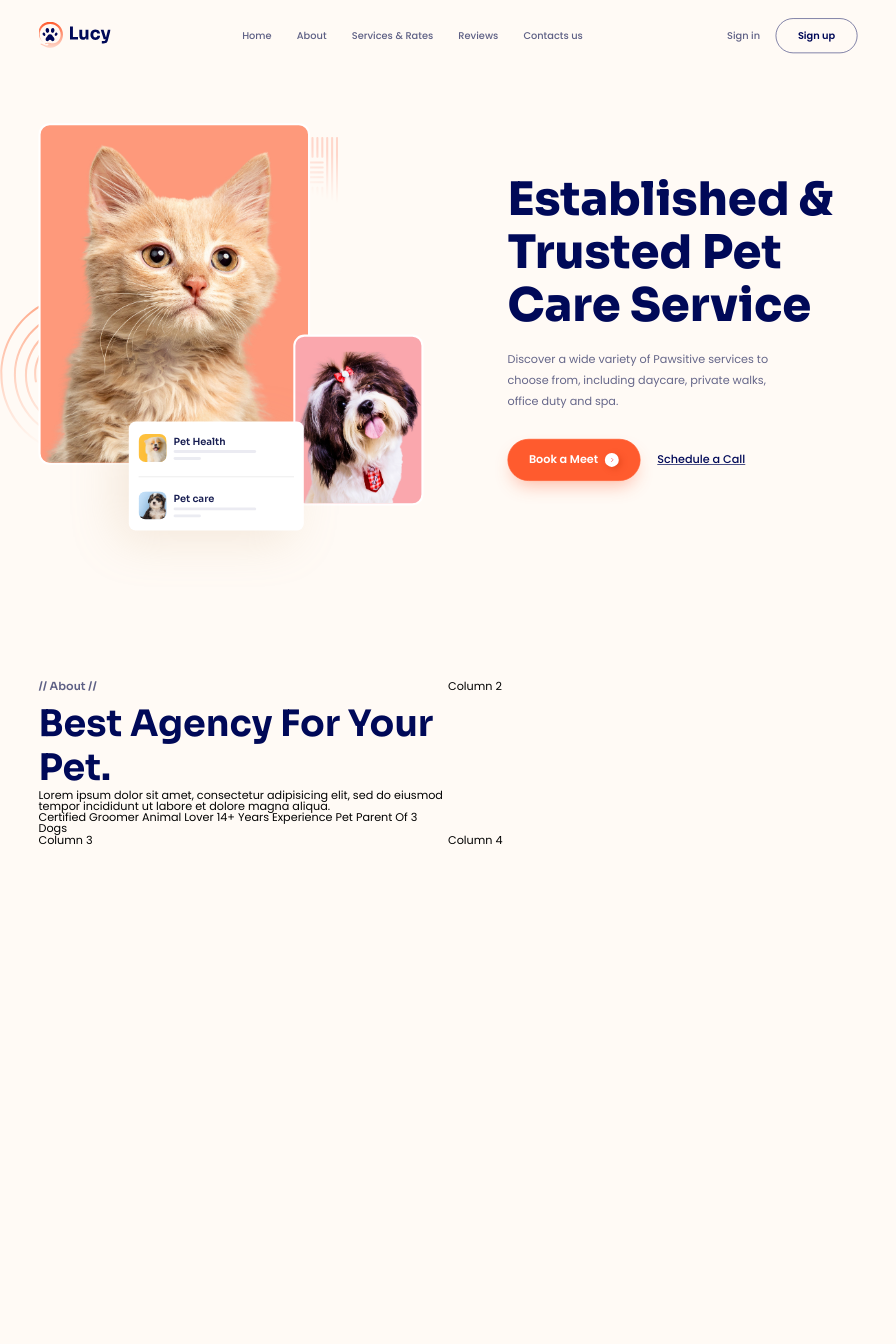
Repository: empty24062002/f8-project-05
Page: index.html
These files come from the project's save history. The page is drawn as it stood at one moment and after the next save; the edit follows.
The browser window is 1280 px wide. The pictures show the part of the page from y = 0 to 1920 px (the page is 10965 px tall), at 70% of full size.

Above is the page before, as saved 2023-09-11 09:36:35.

### index.html
<!DOCTYPE html>
<html lang="en">
    <head>
        <meta charset="UTF-8" />
        <meta name="viewport" content="width=device-width, initial-scale=1.0" />
        <title>Lucy</title>
        <!-- favicon -->
        <link
            rel="apple-touch-icon"
            sizes="57x57"
            href="./assets/favicon/apple-icon-57x57.png"
        />
        <link
            rel="apple-touch-icon"
            sizes="60x60"
            href="./assets/favicon/apple-icon-60x60.png"
        />
        <link
            rel="apple-touch-icon"
            sizes="72x72"
            href="./assets/favicon/apple-icon-72x72.png"
        />
        <link
            rel="apple-touch-icon"
            sizes="76x76"
            href="./assets/favicon/apple-icon-76x76.png"
        />
        <link
            rel="apple-touch-icon"
            sizes="114x114"
            href="./assets/favicon/apple-icon-114x114.png"
        />
        <link
            rel="apple-touch-icon"
            sizes="120x120"
            href="./assets/favicon/apple-icon-120x120.png"
        />
        <link
            rel="apple-touch-icon"
            sizes="144x144"
            href="./assets/favicon/apple-icon-144x144.png"
        />
        <link
            rel="apple-touch-icon"
            sizes="152x152"
            href="./assets/favicon/apple-icon-152x152.png"
        />
        <link
            rel="apple-touch-icon"
            sizes="180x180"
            href="./assets/favicon/apple-icon-180x180.png"
        />
        <link
            rel="icon"
            type="image/png"
            sizes="192x192"
            href="./assets/favicon/android-icon-192x192.png"
        />
        <link
            rel="icon"
            type="image/png"
            sizes="32x32"
            href="./assets/favicon/favicon-32x32.png"
        />
        <link
            rel="icon"
            type="image/png"
            sizes="96x96"
            href="./assets/favicon/favicon-96x96.png"
        />
        <link
            rel="icon"
            type="image/png"
            sizes="16x16"
            href="./assets/favicon/favicon-16x16.png"
        />
        <link rel="manifest" href="./assets/favicon/manifest.json" />
        <meta name="msapplication-TileColor" content="#ffffff" />
        <meta
            name="msapplication-TileImage"
            content="./assets/favicon/ms-icon-144x144.png"
        />
        <meta name="theme-color" content="#ffffff" />
        <!-- reset CSS -->
        <link rel="stylesheet" href="./assets/css/reset.css" />
        <!-- embed font -->
        <link rel="preconnect" href="https://fonts.googleapis.com" />
        <link rel="preconnect" href="https://fonts.gstatic.com" crossorigin />
        <link
            href="https://fonts.googleapis.com/css2?family=Poppins:wght@300;400;500;600&family=Sora:wght@600;700;800&display=swap"
            rel="stylesheet"
        />
        <!-- style css -->
        <link rel="stylesheet" href="./assets/css/styles.css" />
    </head>
    <body>
        <!-- header -->
        <header class="header">
            <div class="container">
                <div class="header__inner">
                    <!-- logo -->
                    <a href="#!">
                        <img
                            src="./assets/img/logo.svg"
                            alt="Lucy"
                            class="header__logo"
                        />
                    </a>
                    <!-- navbar -->
                    <nav class="navbar">
                        <ul class="navbar__list">
                            <li class="navbar__item">
                                <a href="#!" class="navbar__link"> Home </a>
                            </li>
                            <li class="navbar__item">
                                <a href="#!" class="navbar__link"> About </a>
                            </li>
                            <li class="navbar__item">
                                <a href="#!" class="navbar__link"
                                    >Services & Rates
                                </a>
                            </li>
                            <li class="navbar__item">
                                <a href="#!" class="navbar__link"> Reviews </a>
                            </li>
                            <li class="navbar__item">
                                <a href="#!" class="navbar__link">
                                    Contacts us
                                </a>
                            </li>
                        </ul>
                    </nav>
                    <!-- header action -->
                    <div class="header-action">
                        <a href="#!" class="header-action__link">Sign in</a>
                        <a href="#!" class="btn header-action__btn">Sign up</a>
                    </div>
                </div>
            </div>
        </header>
        <!-- hero -->
        <section class="hero">
            <div class="container">
                <div class="hero__inner">
                    <!-- hero media -->
                    <div class="hero__media">
                        <div class="hero__img-wrap">
                            <img
                                src="./assets/img/hero__img1.png"
                                alt=""
                                class="hero__img"
                            />

                            <!-- Decorators -->
                            <img
                                src="./assets/img/decor__01.svg"
                                alt=""
                                class="hero__decor hero__decor-left"
                            />
                            <img
                                src="./assets/img/decor__02.svg"
                                alt=""
                                class="hero__decor hero__decor-right"
                            />
                        </div>
                        <div class="hero__img-wrap hero__img-wrap-small">
                            <img
                                src="./assets/img/hero__img2.png"
                                alt=""
                                class="hero__img"
                            />
                        </div>

                        <div class="hero__list">
                            <!-- hero list item 1 -->
                            <section class="hero-list-item">
                                <img
                                    src="./assets/img/hero__img3.png"
                                    alt=""
                                    class="hero-list-item__thump"
                                />
                                <div class="hero-list-item__info">
                                    <p class="hero-list-item__title">
                                        Pet Health
                                    </p>
                                    <div class="hero-list-item__skeleton"></div>
                                    <div
                                        class="hero-list-item__skeleton"
                                        style="--width: 39px"
                                    ></div>
                                </div>
                            </section>

                            <div class="hero-list-item__separate"></div>
                            <!-- hero list item 2 -->
                            <section class="hero-list-item">
                                <img
                                    src="./assets/img/hero__img4.png"
                                    alt=""
                                    class="hero-list-item__thump"
                                />
                                <div class="hero-list-item__info">
                                    <p class="hero-list-item__title">
                                        Pet care
                                    </p>
                                    <div class="hero-list-item__skeleton"></div>
                                    <div
                                        class="hero-list-item__skeleton"
                                        style="--width: 39px"
                                    ></div>
                                </div>
                            </section>
                        </div>
                    </div>
                    <!-- hero content -->
                    <section class="hero__content">
                        <h1 class="hero__heading">
                            Established & Trusted Pet Care Service
                        </h1>
                        <p class="hero__desc">
                            Discover a wide variety of Pawsitive services to
                            choose from, including daycare, private walks,
                            office duty and spa.
                        </p>
                        <div class="hero__row">
                            <a href="#!" class="btn btn--primary hero__cta-btn">
                                Book a Meet
                                <span class="btn__icon">
                                    <svg
                                        width="5"
                                        height="6"
                                        viewBox="0 0 5 6"
                                        fill="none"
                                        xmlns="http://www.w3.org/2000/svg"
                                    >
                                        <path
                                            d="M1.48584 0.5L3.98584 3L1.48584 5.5"
                                            stroke="#FD5056"
                                            stroke-linecap="round"
                                            stroke-linejoin="round"
                                        />
                                    </svg>
                                </span>
                            </a>
                            <a href="#!" class="hero__cta-link">
                                Schedule a Call
                            </a>
                        </div>
                    </section>
                </div>
            </div>
        </section>
        <main style="height: 10000px">
            <!-- about -->
            <section class="about">
                <div class="container">
                    <div class="about__inner">
                        <section class="about__content">
                            <p class="about__lable">// About //</p>
                            <h2 class="about__heading section-heading">
                                Best Agency For Your Pet.
                            </h2>
                            <p class="about__desc section-desc">
                                Lorem ipsum dolor sit amet, consectetur
                                adipisicing elit, sed do eiusmod tempor
                                incididunt ut labore et dolore magna aliqua.
                            </p>
                            <div class="about__checklist">
                                <span class="about__check-item">
                                    Certified Groomer
                                </span>
                                <span class="about__check-item">
                                    Animal Lover
                                </span>
                                <span class="about__check-item">
                                    14+ Years Experience
                                </span>
                                <span class="about__check-item">
                                    Pet Parent Of 3 Dogs
                                </span>
                            </div>
                        </section>
                        <div class="about__media">Column 2</div>
                        <div class="about__media">Column 3</div>
                        <section class="about__content">Column 4</section>
                    </div>
                </div>
            </section>
        </main>
    </body>
</html>

### assets/css/styles.css
* {
    box-sizing: border-box;
}

:root {
    --primary-color: #ff5b2e;
}

html {
    font-size: 62.5%;
}

body {
    font-size: 1.6rem;
    font-family: "Poppins", sans-serif;
    background: #fffaf5;
}

/* common */

h1,
h2,
h3,
h4,
h5,
h6 {
    font-family: "Sora", sans-serif;
}

input,
textarea,
select,
button {
    font-size: inherit;
    font-family: inherit;
}

a {
    text-decoration: none;
}

.container {
    width: 1170px;
    max-width: calc(100% - 48px);
    margin: 0 auto;
}

.btn {
    --height: 56px;

    display: inline-flex;
    align-items: center;
    justify-content: center;
    min-width: 130px;
    height: var(--height);
    line-height: var(--height);
    border: 1px solid rgb(0, 9, 88, 0.7);
    border-radius: 99px;
    color: #000958;
    text-align: center;
    font-size: 1.4rem;
    font-weight: 600;
}

.btn:hover {
    opacity: 0.8;
    cursor: pointer;
}

.btn--primary {
    background: var(--primary-color);
    color: #fff;
    border-color: var(--primary-color);
}

.btn__icon {
    display: flex;
    justify-content: center;
    align-items: center;
    margin-left: 10px;
    width: 20px;
    height: 20px;
    border-radius: 50%;
    background-color: #fff;
    box-shadow: 4px 3px 10px -1px rgba(191, 41, 0, 0.4);
}

.section-heading {
    color: #000958;
    font-family: "Sora", sans-serif;
    font-size: 5.2rem;
    font-weight: 700;
    line-height: 1.19; /* 119.231% */
}

/* header */
.header {
    padding: 26px 0;
}

.header__inner {
    display: flex;
    justify-content: space-between;
    align-items: center;
}

.navbar__list {
    display: flex;
}

.navbar__link,
.header-action__link {
    padding: 8px 18px;
    color: #5e6085;
    font-size: 1.4rem;
    font-weight: 500;
    line-height: 1; /* 100% */
}

.navbar__link:hover {
    color: #000958;
    text-shadow: 1px 0 0 currentColor;
}

.header-action__btn {
    --height: 50px;

    min-width: 117px;
}

/* hero */
.hero {
    margin-top: 74px;
}

.hero__inner {
    display: flex;
    justify-content: space-between;
    align-items: center;
    column-gap: 120px;
}

.hero__media {
    display: flex;
    position: relative;
    padding-bottom: 94px;
}

.hero__img-wrap {
    position: relative;
    display: flex;
    justify-content: center;
    align-items: flex-end;
    width: 388px;
    height: 488px;
    border: 3px solid #fff;
    border-radius: 16px;
    background: #fe997b;
}

.hero__img {
    max-width: 100%;
    max-height: 100%;
    border-radius: inherit;
}

.hero__decor {
    position: absolute;
    z-index: -1;
}

.hero__decor-left {
    left: -58px;
    bottom: 10px;
}

.hero__decor-right {
    top: 16px;
    right: -43px;
}

.hero__img-wrap-small {
    align-self: flex-end;
    width: 186px;
    height: 244px;
    margin: 0 0 -58px -24px;
    border: 2px solod #f7dddf;
    background: #faa7ad;
}

.hero__list {
    position: absolute;
    left: 129px;
    bottom: 0;
    width: 250px;
    height: 156px;
    padding: 18px 14px;
    border-radius: 10px;
    background: #fff;
    box-shadow: -17px 14px 68px -4px rgba(207, 174, 132, 0.25);
}

.hero-list-item {
    display: flex;
    align-items: center;
}

.hero-list-item:nth-of-type(2) .hero-list-item__thump {
    background-color: #c6e2fa;
}

.hero-list-item__thump {
    width: 40px;
    height: 40px;
    border-radius: 10px;
    object-fit: cover;
    background: #fec23f;
}

.hero-list-item__info {
    margin-left: 10px;
}

.hero-list-item__title {
    color: #181e52;
    font-family: "Sora", sans-serif;
    font-size: 1.4rem;
    font-weight: 600;
    line-height: 1;
}

.hero-list-item__separate {
    margin: 20px 0;
    width: 100%;
    height: 2px;
    background: #f2f2f2;
}

.hero-list-item__skeleton {
    margin-top: 6px;
    width: var(--width, 118px);
    height: 4px;
    border-radius: 10px;
    opacity: 0.08;
    background: #000958;
}

.hero__heading {
    color: #000958;
    font-size: 6.6rem;
    font-weight: 800;
    line-height: 1.15; /* 115.152% */
}

.hero__desc {
    width: 391px;
    margin-top: 24px;
    color: #656689;
    font-size: 1.6rem;
    font-weight: 400;
    line-height: 1.88;
}

.hero__row {
    display: flex;
    align-items: center;
    margin-top: 38px;
}

.hero__cta-btn {
    --height: 60px;

    min-width: 190px;
    font-size: 1.6rem;
    box-shadow: 0px 13px 26px -8px rgba(255, 91, 46, 0.42);
}

.hero__cta-link {
    margin-left: 24px;
    color: #000958;
    font-size: 1.6rem;
    font-weight: 500;
    line-height: 1;
    text-decoration: underline;
}
/* about */
.about {
    margin-top: 207px;
    padding: 8px 0;
}

.about__inner {
    display: grid;
    grid-template-columns: 1fr 1fr;
}

.about__lable {
    color: #5e6085;
    font-family: "Sora", sans-serif;
    font-size: 1.6rem;
    font-weight: 600;
    line-height: 1;
}

.about__heading {
    margin-top: 15px;
}

Loaded but not shown: assets/css/reset.css (common file)

After the next save:
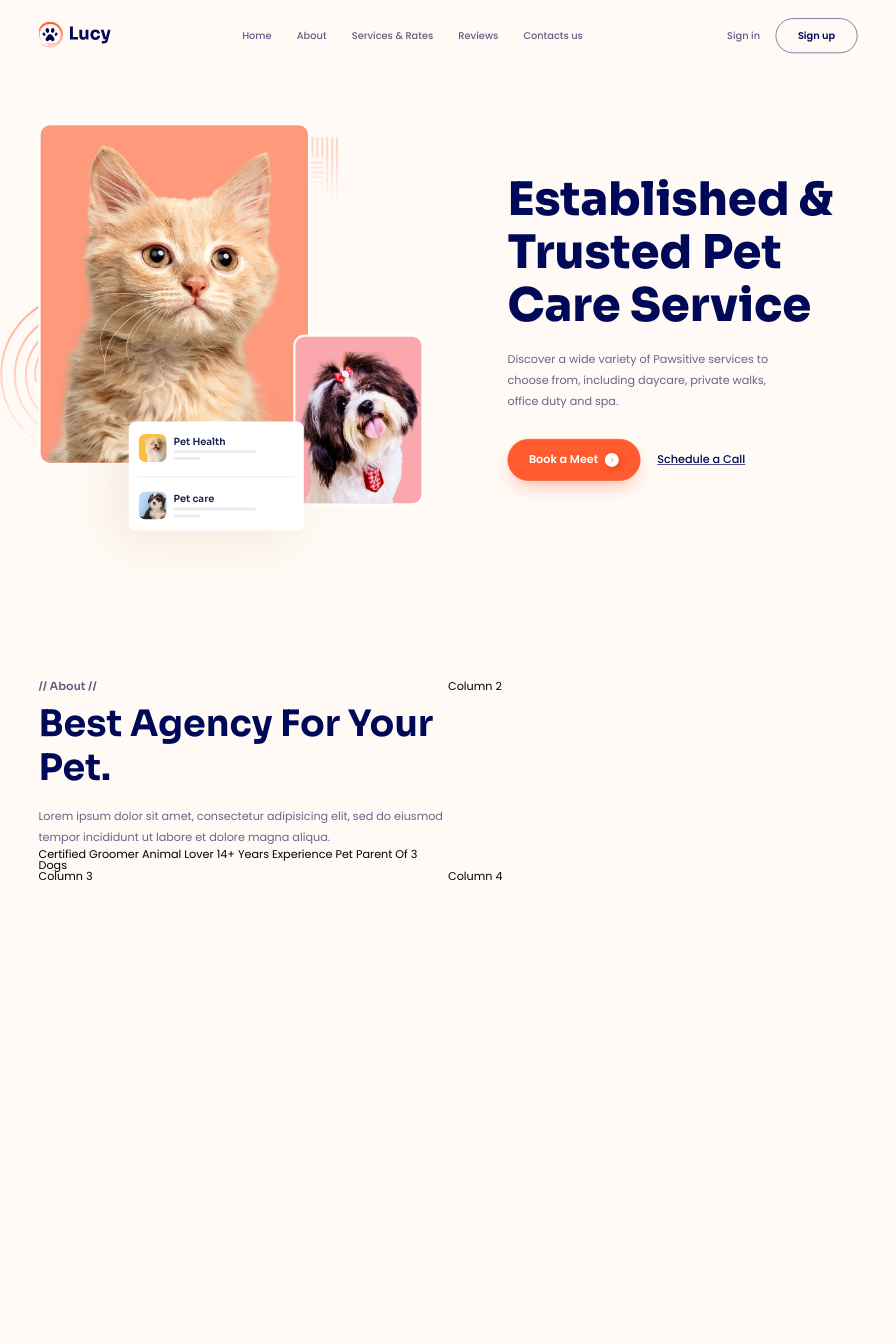
Saved 55 s later.
--- a/assets/css/styles.css
+++ b/assets/css/styles.css
@@ -90,7 +90,15 @@ a {
     font-family: "Sora", sans-serif;
     font-size: 5.2rem;
     font-weight: 700;
-    line-height: 1.19; /* 119.231% */
+    line-height: 1.19;
+}
+
+.section-desc {
+    margin-top: 24px;
+    color: #656689;
+    font-size: 1.6rem;
+    font-weight: 400;
+    line-height: 1.87; /* 187.5% */
 }
 
 /* header */
